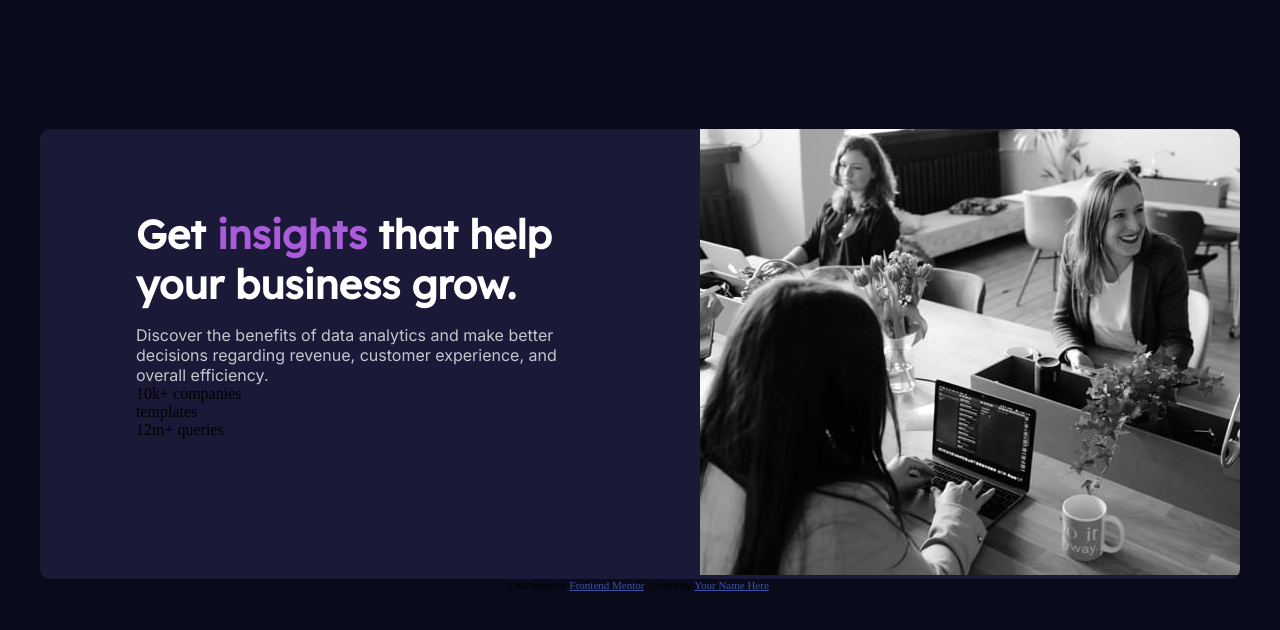
Repository: PratypartyY2K/frontendmentor-challenges
Page: stats-preview-card-component-main/index.html
The author's editor kept a copy of each file at every save. The page is drawn from the files as they stood at one save, then again after a run of saves.
The browser window is 1280 px wide. The pictures show the whole page.

Above is the page before, as saved 2021-07-14 00:35:37.

### stats-preview-card-component-main/index.html
<!DOCTYPE html>
<html lang="en">

<head>
  <meta charset="UTF-8">
  <meta name="viewport" content="width=device-width, initial-scale=1.0">
  <!-- displays site properly based on user's device -->

  <link rel="icon" type="image/png" sizes="32x32" href="./images/favicon-32x32.png">
    <!--font families-->
    <link rel="preconnect" href="https://fonts.googleapis.com">
    <link rel="preconnect" href="https://fonts.gstatic.com" crossorigin>
    <link href="https://fonts.googleapis.com/css2?family=Inter:wght@400;700&display=swap" rel="stylesheet">
    <link href="https://fonts.googleapis.com/css2?family=Inter:wght@400;700&family=Lexend+Deca&display=swap"
      rel="stylesheet">
  <link rel="stylesheet" href="style.css">



  <title>Frontend Mentor | Stats preview card component</title>

</head>

<body>
  <div class="card-wrapper">
    <div class="card">
      <div class="heading">
        Get <span class="active">insights</span> that help your business grow.
      </div>
      <div class="card-content">
        Discover the benefits of data analytics and make better decisions regarding revenue, customer
        experience, and overall efficiency.
      </div>
      <div class="stats">
        <div>
          10k+ companies
        </div>
        <div> templates</div>
        <div>12m+ queries</div>
      </div>
    </div>
    <div class="img-container">
      <img src="images/image-header-desktop.jpg">
    </div>
  </div>




  <div class="attribution">
    Challenge by <a href="https://www.frontendmentor.io?ref=challenge" target="_blank">Frontend Mentor</a>.
    Coded by <a href="#">Your Name Here</a>.
  </div>
</body>

</html>

### stats-preview-card-component-main/style.css
* {
    box-sizing: border-box;
}

body {
    background-color: hsl(233, 47%, 7%);
    margin: 0;
    display: flex;
    flex-direction: column;
    justify-content: center;
    align-items: center;
    min-height: 100vh;
}

.card-wrapper {
    background-color: hsl(244, 38%, 16%);
    display: flex;
    justify-content: center;
    width: 1200px;
    border-radius: 10px;
    overflow: hidden;
}

.card {
    padding: 4rem 6rem;
}

.heading {
    font-family: 'Lexend Deca', sans-serif;
    font-size: 2.5rem;
    color: hsl(0, 0%, 100%);
    padding: 1rem 0;
    font-weight: 700;
}

.heading .active {
    color: hsl(277, 64%, 61%);
}

.card-content {
    color: hsla(0, 0%, 100%, 0.75);
    font-family: 'Inter', sans-serif;;
    font-size: 1rem;
    padding: ;
}



.attribution { font-size: 11px; text-align: center; }
.attribution a { color: hsl(228, 45%, 44%); }

After the next 2 saves:
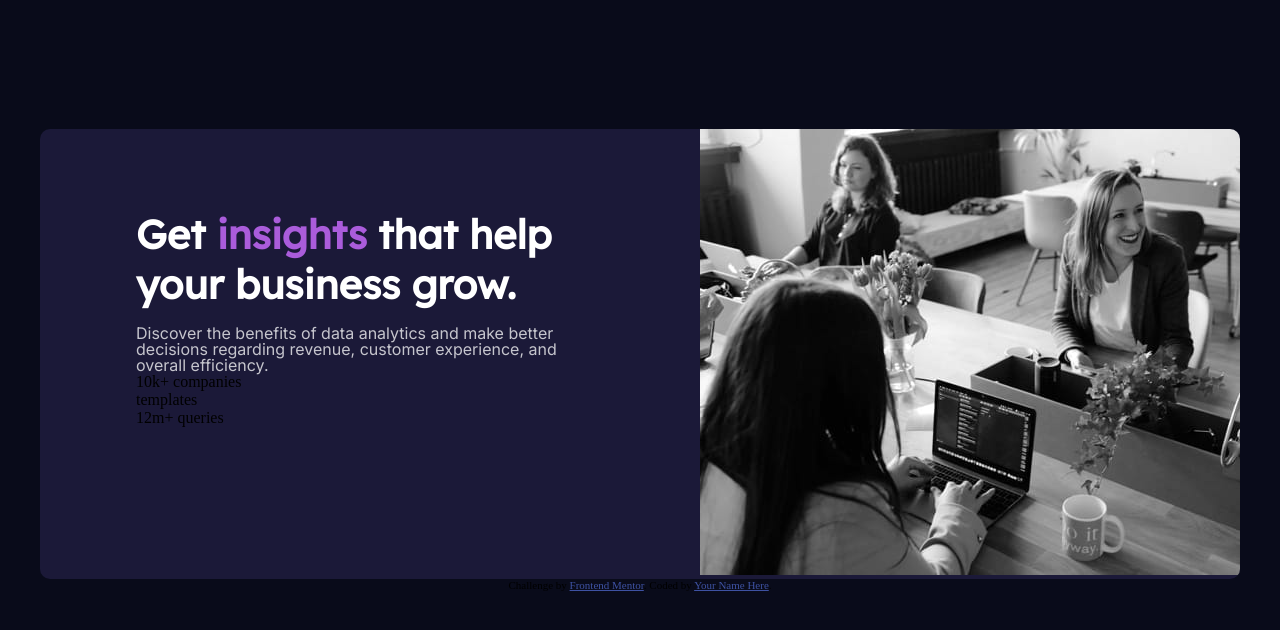
The 2 saves are shown as one change because they came seconds apart.
The last was saved 32 s later.
--- a/stats-preview-card-component-main/style.css
+++ b/stats-preview-card-component-main/style.css
@@ -41,7 +41,7 @@ body {
     color: hsla(0, 0%, 100%, 0.75);
     font-family: 'Inter', sans-serif;;
     font-size: 1rem;
-    padding: ;
+    line-height: 1rem;
 }
 
 

After the save that followed:
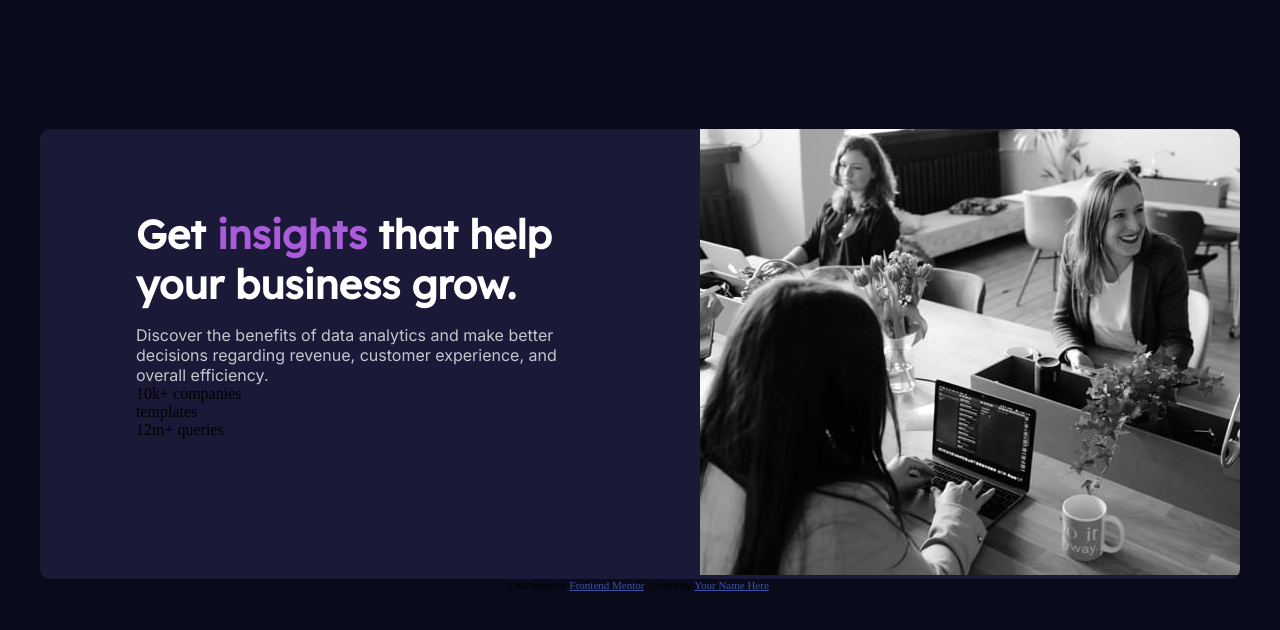
Saved 7 s later.
--- a/stats-preview-card-component-main/style.css
+++ b/stats-preview-card-component-main/style.css
@@ -41,7 +41,7 @@ body {
     color: hsla(0, 0%, 100%, 0.75);
     font-family: 'Inter', sans-serif;;
     font-size: 1rem;
-    line-height: 1rem;
+    line-height: 1.25rem;
 }
 
 
